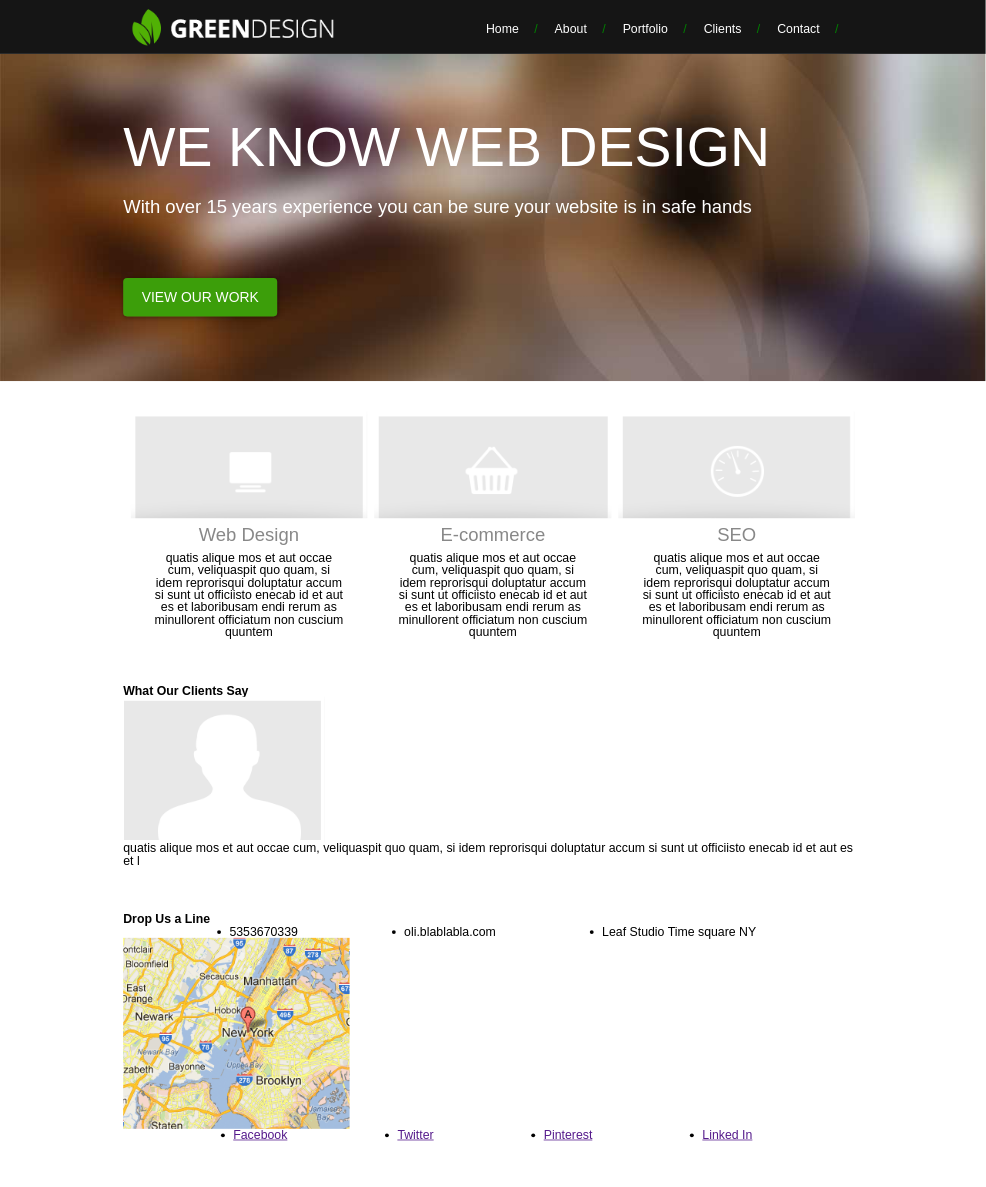
Repository: Piterwk1/psd-to-html
Page: website/index.html
These files come from the project's save history. The page is drawn as it stood at one moment and after the next save; the edit follows.
The browser window is 1280 px wide. The pictures show the whole page, at 77% of full size.

Above is the page before, as saved 2021-09-14 21:24:44.

After the next save:
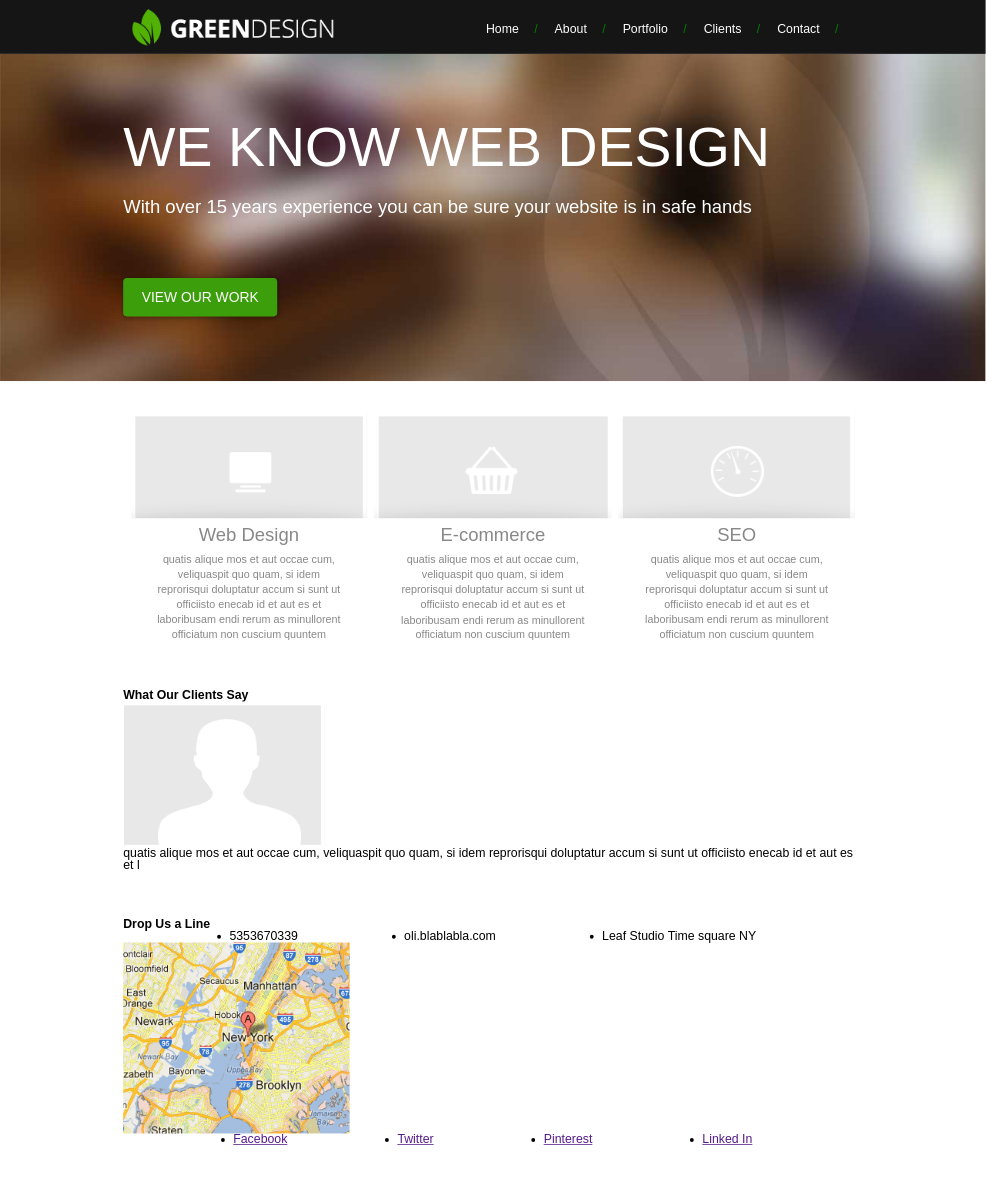
Saved 74 s later.
--- a/website/style.css
+++ b/website/style.css
@@ -317,4 +317,7 @@ section ul {
     text-align: center;
     width: 80%;
     margin: 0 10%;
-}
+    font-size: 14px;
+    color: #888;
+    line-height: 1.4em;
+}
